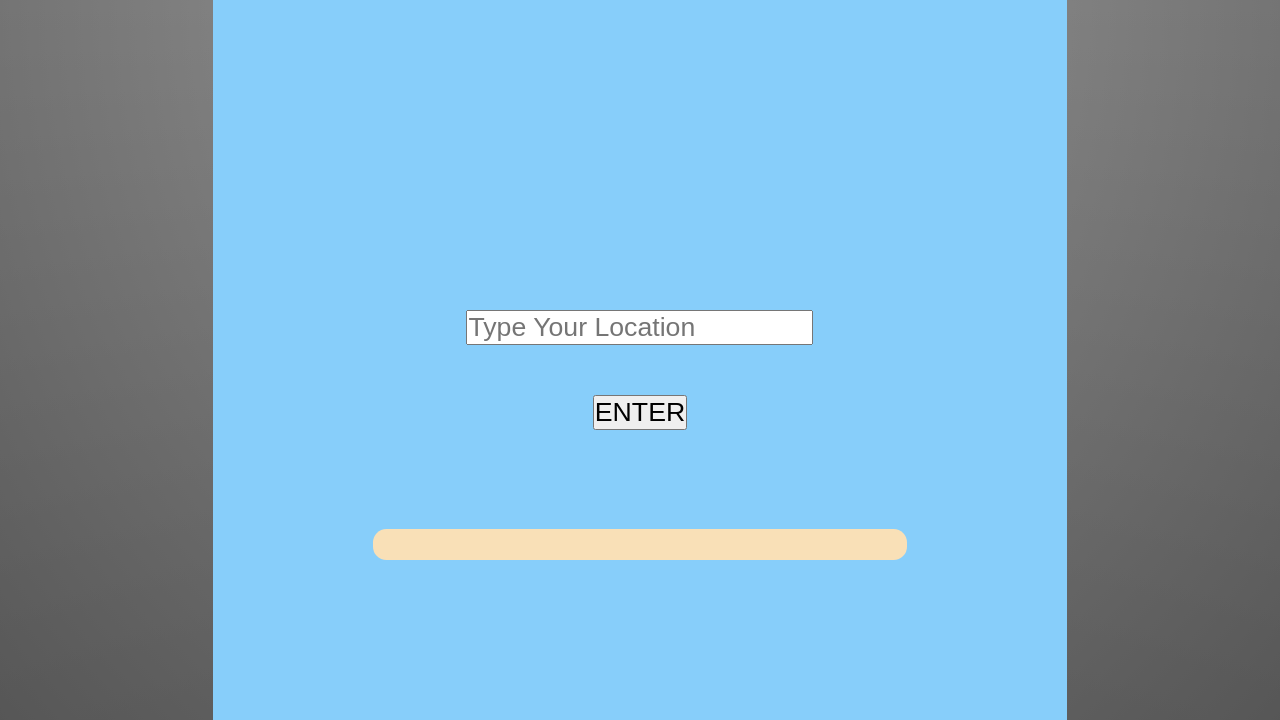
Repository: Heidingg/weather_app
Page: /
The author's editor kept a copy of each file at every save. The page is drawn from the files as they stood at one save, then again after a run of saves.
The browser window is 1280 px wide. The pictures show the whole page.
The project was rebuilt for these pictures with package versions that can differ from the ones it lists, and the page was loaded fresh each time. The framework's server and built-in components were replaced by stand-ins that run in the browser. Also part of the build but not shown: next.config.js.

Above is the page before, as saved 2023-01-20 22:34:38.

After the next 2 saves:
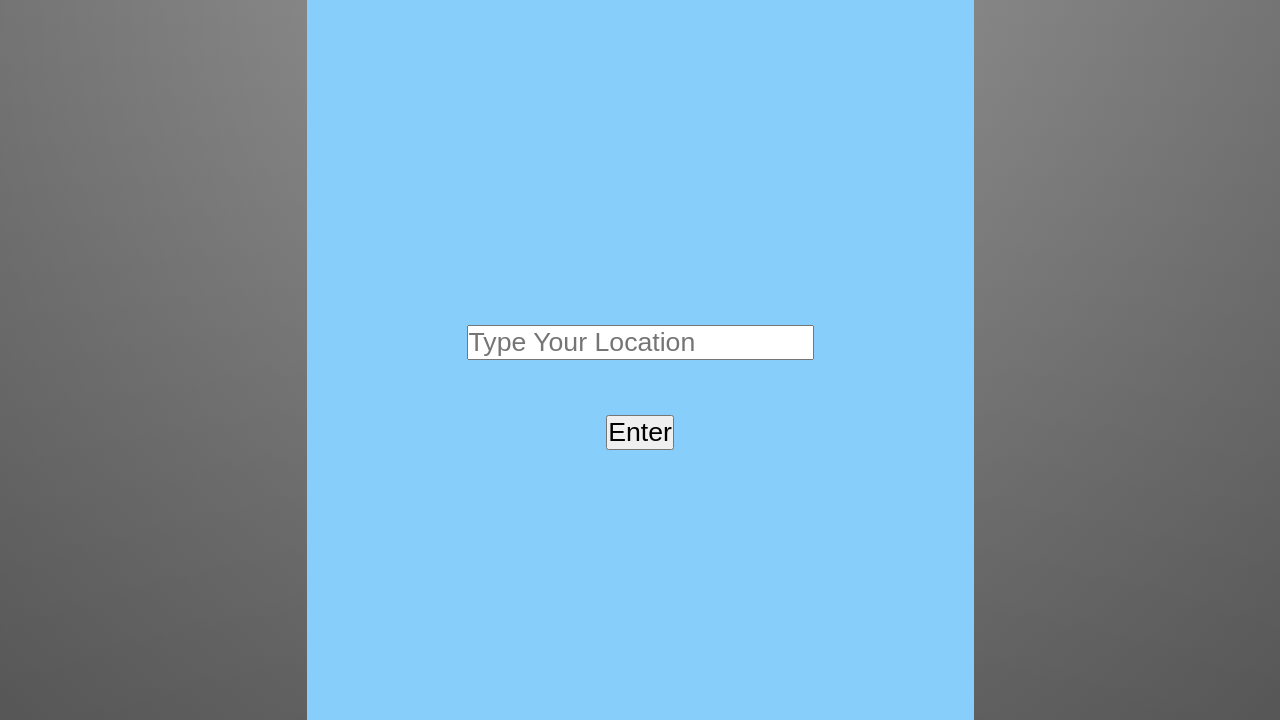
The 2 saves are shown as one change because 1 did not build or start.
The last was saved 2 min 38 s later.
--- a/pages/index.js
+++ b/pages/index.js
@@ -76,9 +76,9 @@ export default function Home() {
         >
         </input>
     <button className={styles.Btn}
-    type="submit" onClick={setWeather} > ENTER </button>
+    type="submit" onClick={setWeather} > Enter</button>
     <div className={styles.searchContainer}></div>
-        <div className={styles.weatherData}>
+        {/*<div className={styles.weatherData}>*/}
           <div className={styles.weatherCondition}>
             {
               weather && weather.map((w, index) => {
@@ -91,7 +91,7 @@ export default function Home() {
                 )
               })
             }
-          </div>
+
 
           {
             weather && weather.map((w, index) => {
